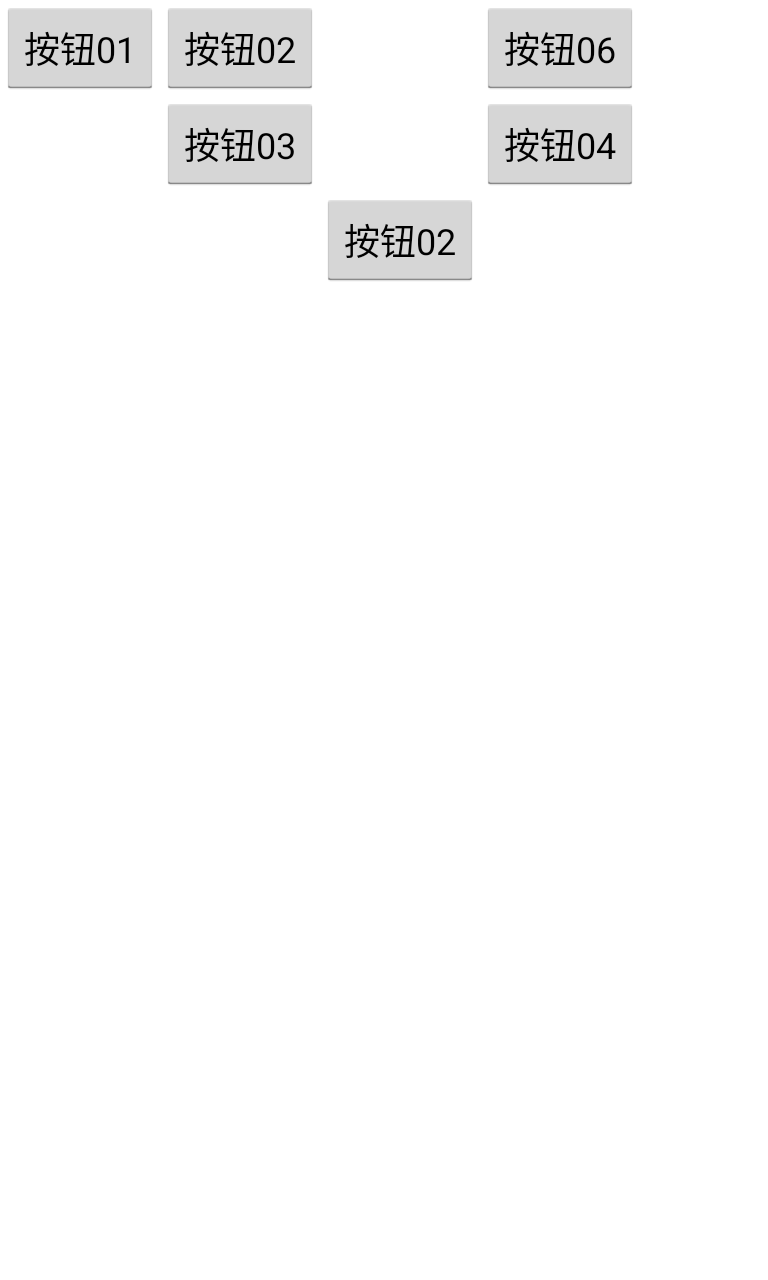
Repository: sonyi/androidClass
Layout: androidExercise/Android_003_TableLayout/res/layout/activity_main.xml
The author's editor kept a copy of each file at every save. The layout is drawn from the files as they stood at one save, then again after the next save.
It is drawn on a 768 x 1280 px phone screen (xhdpi) without system bars, with theme AppTheme; the app's code is not run.

Above is the layout before, as saved 2014-05-29 05:10:11.

After the next save:
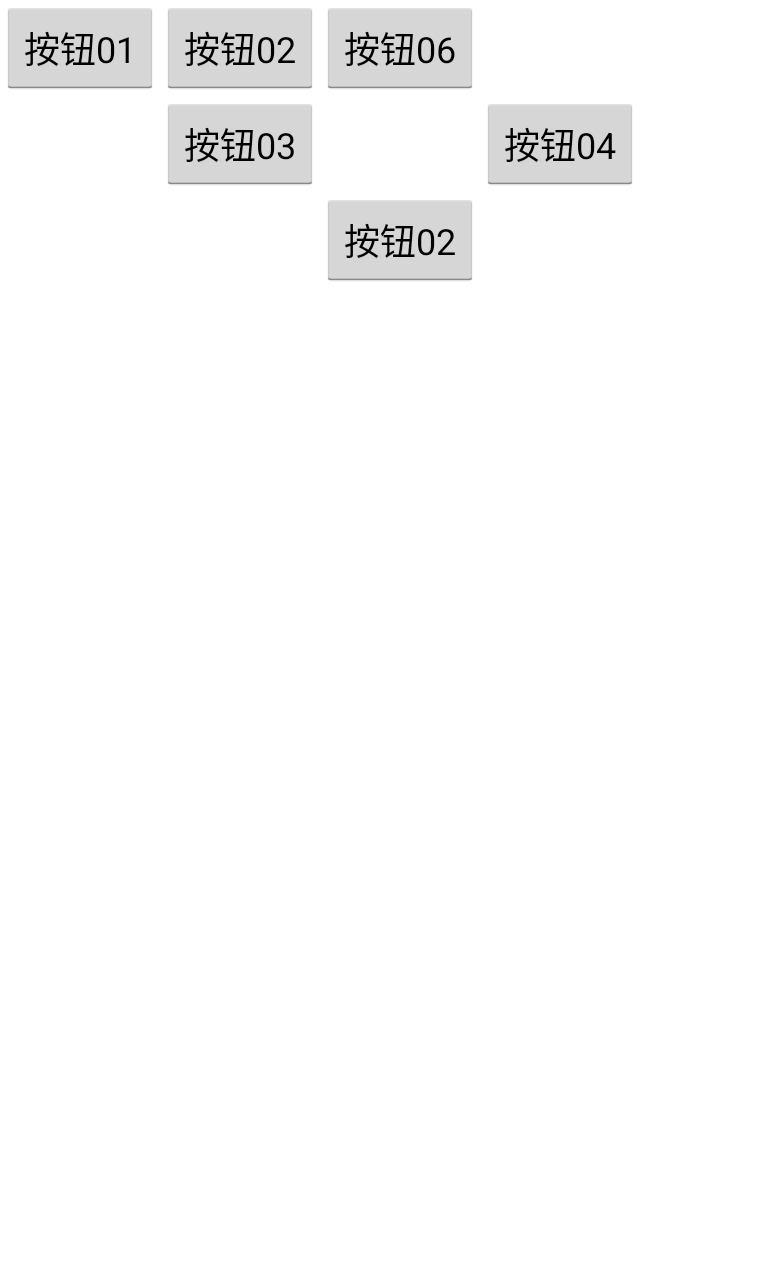
Saved 61 s later.
--- a/androidExercise/Android_003_TableLayout/res/layout/activity_main.xml
+++ b/androidExercise/Android_003_TableLayout/res/layout/activity_main.xml
@@ -24,7 +24,7 @@
             android:id="@+id/btn_06"
             android:layout_width="wrap_content"
             android:layout_height="wrap_content"
-            android:layout_column="3"
+            android:layout_column="2"
             android:text="按钮06" />
     </TableRow>
 
